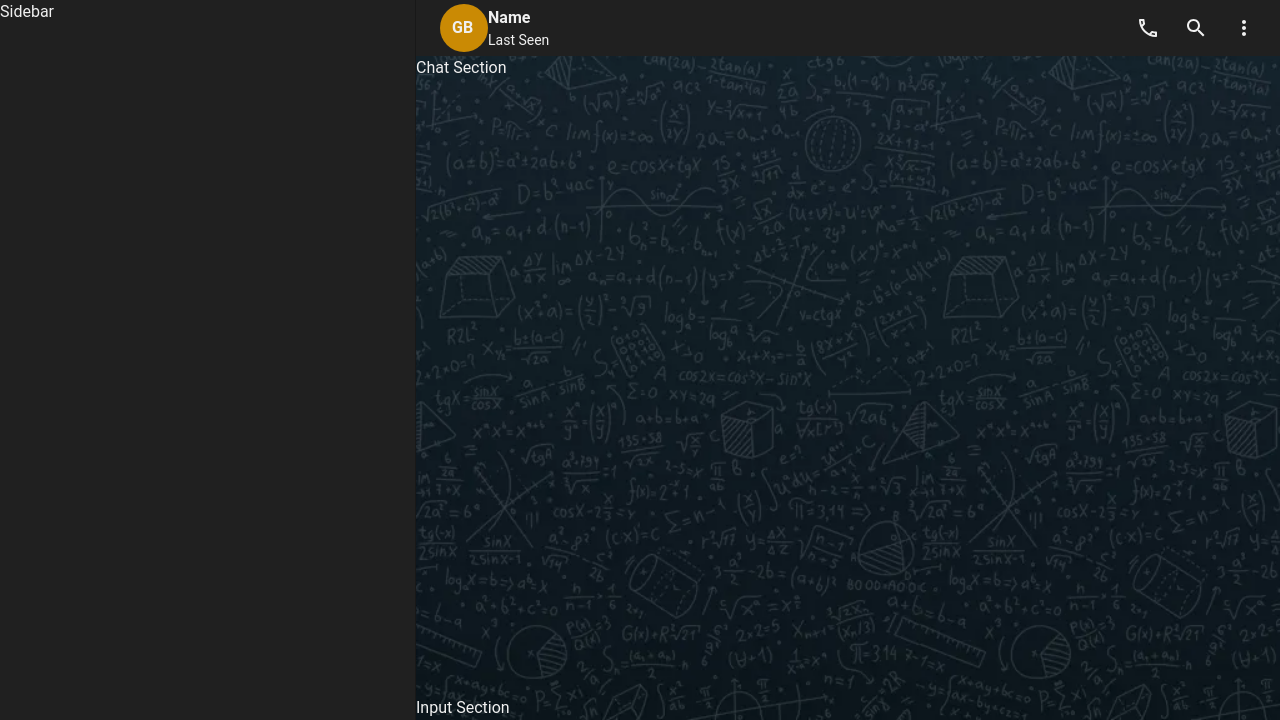
Repository: Qu4ntumGuy/telegram-clone
Page: /
An editor plug-in stored every save of this project. The page is shown before and after the next save, followed by the edit.
The browser window is 1280 px wide. The pictures show the whole page.
The project was rebuilt for these pictures with package versions that can differ from the ones it lists, and the page was loaded fresh each time. Also part of the build but not shown: src/Utils/ContextProvider.js, src/Pages/ChatPage.js/ChatPage.js.

Above is the page before, as saved 2024-07-15 12:08:38.

### src/index.css
@tailwind base;
@tailwind components;
@tailwind utilities;

:root {
  font-family: "Roboto", sans-serif;
  color-scheme: light;
  body {
    @apply bg-[#181818] text-[#f0f0f0];
  }
}
/*
:root {
  @apply bg-[#181818];
} */

### src/App.js
import { Routes, BrowserRouter, Route } from "react-router-dom";
import Sidebar from "./Components/Sidebar";
import Home from "./Pages/Home/Home";
import ChatPage from "./Pages/ChatPage.js/ChatPage";

function App() {
  return (
    <div className="flex max-w-[105rem] mx-auto">
      <Sidebar />
      <BrowserRouter>
        <Routes>
          <Route path="/" element={<Home />} />
          <Route path="/k/:id" element={<ChatPage />} />
        </Routes>
      </BrowserRouter>
      {/* <Home /> */}
    </div>
  );
}

export default App;

### src/Components/Sidebar.js
import React from "react";
import { useComponentContext } from "../Utils/ContextProvider";

function Sidebar() {
  const context = useComponentContext();
  return (
    <div className="w-full md:max-w-[26rem] bg-[#202020] border-r border-[#181818] h-screen">
      Sidebar
    </div>
  );
}

export default Sidebar;

### src/Pages/Home/Home.js
import React from "react";
import backgroundImage from "../../Assets/Desktop.webp";
import Topbar from "../../Components/Topbar";

function Home() {
  const image =
    "https://blog.1a23.com/wp-content/uploads/sites/2/2020/02/pattern_02-150x150.png";

  //   const divStyle = {
  //     width: "100%",
  //     height: "100vh", // Adjust the height as needed
  //     backgroundImage: `url(${backgroundImage})`,
  //     backgroundSize: "cover", // Ensures the image covers the entire div
  //     backgroundPosition: "center", // Centers the image
  //   };
  return (
    <div
      className="md:flex flex-col justify-center bg-cover h-screen hidden md:w-full "
      style={{ backgroundImage: `url(${backgroundImage})` }}
    >
      <div className="top-0 mb-auto h-14 bg-[#202020]">
        <Topbar />
      </div>
      <div className="flex flex-col h-full">
        <div className="top-0">Chat Section</div>
        <div className="bottom-0 mt-auto">Input Section</div>
      </div>
    </div>
  );
}

export default Home;

### src/Components/Topbar.js
import React from "react";
import CallOutlinedIcon from "@mui/icons-material/CallOutlined";
import SearchIcon from "@mui/icons-material/Search";
import MoreVertIcon from "@mui/icons-material/MoreVert";

function Topbar() {
  return (
    <div className="flex px-6 h-14">
      <div className="flex-1 flex items-center">
        <div className="bg-yellow-600 p-3 rounded-full h-12 w-12 font-bold">
          GB
        </div>
        <div className="flex flex-col">
          <div className="font-semibold">Name</div>
          <div className="text-sm"> Last Seen</div>
        </div>
      </div>
      <div className="flex items-center space-x-6">
        <div>
          <CallOutlinedIcon />
        </div>
        <div>
          <SearchIcon />
        </div>
        <div>
          <MoreVertIcon />
        </div>
      </div>
    </div>
  );
}

export default Topbar;

Loaded but not shown: public/index.html (common file); src/index.js (common file); src/reportWebVitals.js (common file); tailwind.config.js (common file)

After the next save:
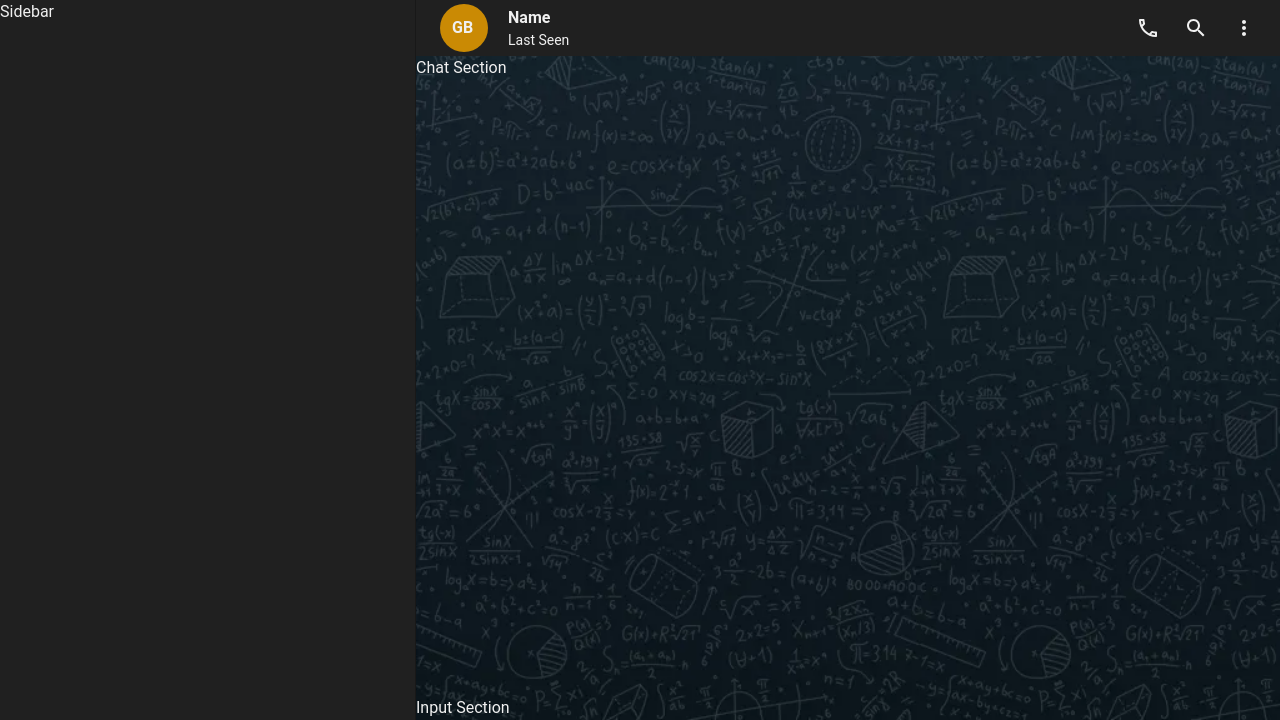
Saved 40 s later.
--- a/src/Components/Topbar.js
+++ b/src/Components/Topbar.js
@@ -10,7 +10,7 @@ function Topbar() {
         <div className="bg-yellow-600 p-3 rounded-full h-12 w-12 font-bold">
           GB
         </div>
-        <div className="flex flex-col">
+        <div className="flex flex-col pl-5">
           <div className="font-semibold">Name</div>
           <div className="text-sm"> Last Seen</div>
         </div>
